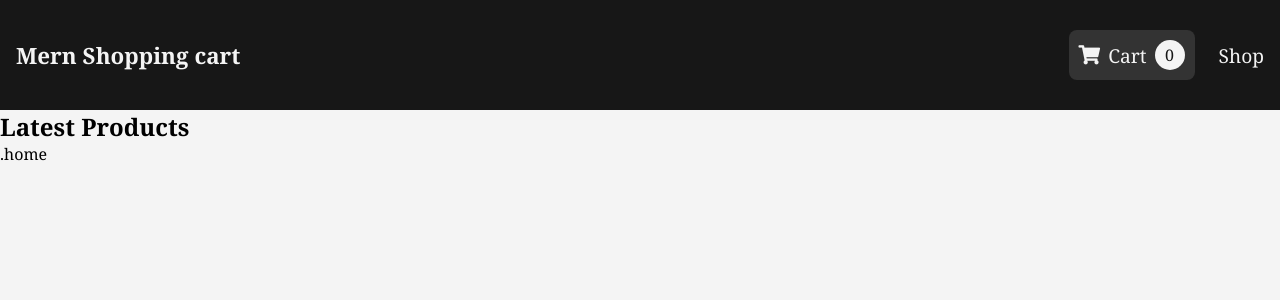
Repository: exiled-kal/MernShop
Page: / (app in frontend/)
The author's editor kept a copy of each file at every save. The page is drawn from the files as they stood at one save, then again after the next save.
The browser window is 1280 px wide. The pictures show the whole page.
The project was rebuilt for these pictures with package versions that can differ from the ones it lists, and the page was loaded fresh each time. Also part of the build but not shown: frontend/src/screens/HomeScreen.css, frontend/src/screens/ProductScreen.css, frontend/src/screens/ProductScreen.js, frontend/src/screens/CartScreen.css, frontend/src/screens/CartScreen.js, frontend/src/components/Backdrop.css, frontend/src/components/Backdrop.js.

Above is the page before, as saved 2021-03-23 20:43:03.

After the next save:
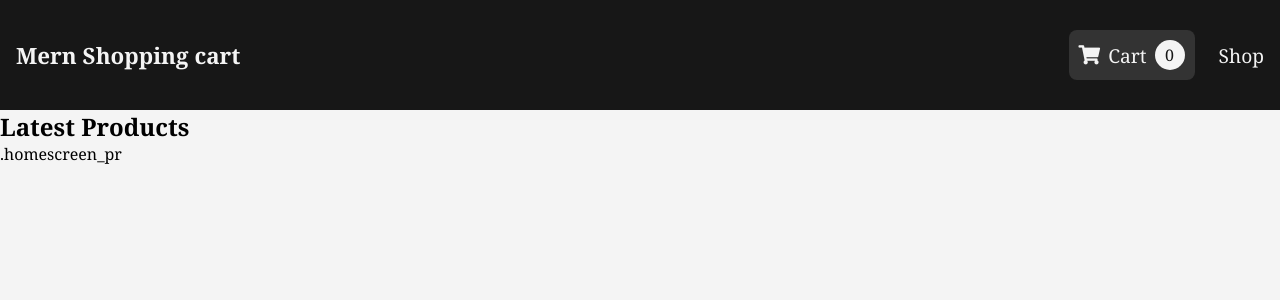
Saved 6 s later.
--- a/frontend/src/screens/HomeScreen.js
+++ b/frontend/src/screens/HomeScreen.js
@@ -3,7 +3,7 @@ const HomeScreen = () => {
   return (
     <div className="homescreen">
       <h2 className="homescreen__title">Latest Products</h2>
-      .home
+      .homescreen_pr
     </div>
   );
 };
